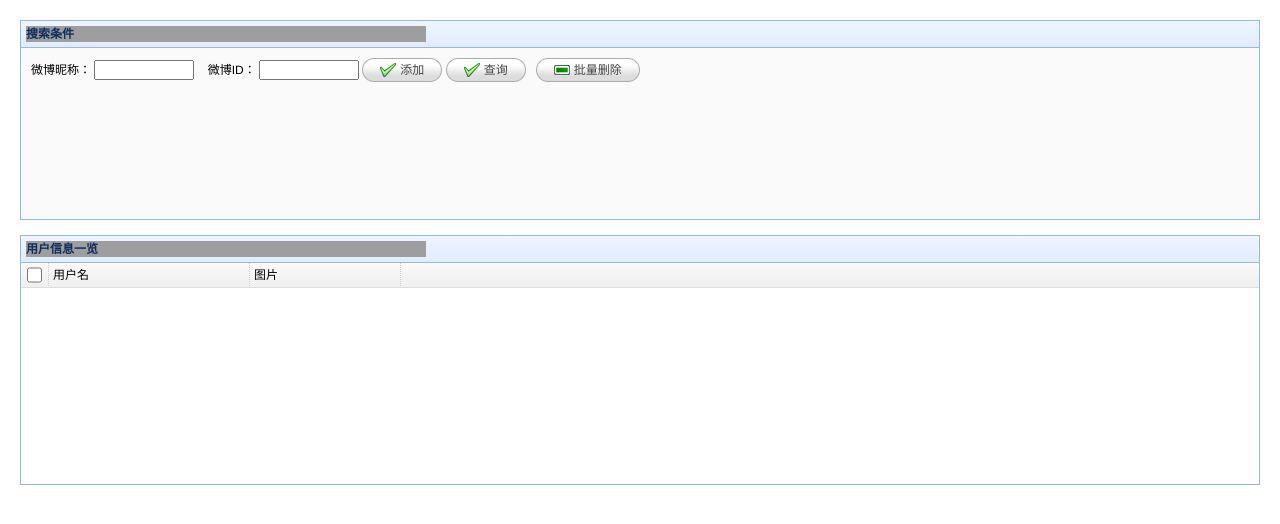
Repository: xusam/mm
Page: webservice2012.5.16/webservice/Momogril/WebRoot/mainview/searchgril.html
The author's editor kept a copy of each file at every save. The page is drawn from the files as they stood at one save, then again after the next save.
The browser window is 1280 px wide. The pictures show the whole page.
Pictures or frames that could not be fetched are drawn as grey boxes.

Above is the page before, as saved 2013-05-15 15:09:16.
Console error: ReferenceError: $ is not defined

### webservice2012.5.16/webservice/Momogril/WebRoot/mainview/searchgril.html
<!DOCTYPE HTML PUBLIC "-//W3C//DTD HTML 4.01 Transitional//EN">
<html>
	<head>
		<meta http-equiv="Content-Type" content="text/html; charset=UTF-8">
		<title>陌陌女神</title>
		<link rel="stylesheet" type="text/css"
			href="../easyUI/themes/default/easyui.css">
		<link rel="stylesheet" type="text/css"
			href="../easyUI/themes/icon.css">
		<link rel="stylesheet" type="text/css" href="../easyUI/demo/demo.css">
			<script type="text/javascript" src="../easyUI/js/searchgril.js"></script>
		<script type="text/javascript" src="../easyUI/jquery-1.8.0.min.js"></script>

		<script type="text/javascript" src="../easyUI/jquery.easyui.min.js"></script>
	</head>

	<body>

		<div id="p" class="easyui-panel" title="搜索条件"
			style="height: 200px; padding: 10px; background: #fafafa;">


				微博昵称：
				<input type="text" class="easyui-validatebox" id="screen_name"
					style="width: 100px;" maxlength="20"></input>
				&nbsp;&nbsp; 微博ID：
				<input type="text" class="easyui-validatebox" id="wuid"
					style="width: 100px;" maxlength="20"></input>


			<a href="javascript:void(0)" class="easyui-linkbutton" icon="icon-ok" onclick="doSave();">添加</a>

			<a href="javascript:void(0)" class="easyui-linkbutton" icon="icon-ok" onclick="doSearch();">查询</a>

				&nbsp;&nbsp;<a href="javascript:void(0)" class="easyui-linkbutton" icon="icon-remove" onclick="doAllDelegate();">批量删除</a>
				&nbsp;&nbsp;<label id="loadmessags"></label>

		</div>
<br>
<table class="easyui-datagrid" style="height:250px"  id="tt" title="用户信息一览"   >
    <thead>
        <tr align="center">
			<th field="ck" width="20" checkbox="true" width="20"></th>
			<th field="mid"  width="200">用户名</th>
			<th field="original_pic" formatter='optFormater' width="150" >图片</th>

		</tr>
    </thead>
</table>




	</body>
</html>

### webservice2012.5.16/webservice/Momogril/WebRoot/easyUI/themes/icon.css
.icon-blank{
	background:url('icons/blank.gif') no-repeat center center;
}
.icon-add{
	background:url('icons/edit_add.png') no-repeat center center;
}
.icon-edit{
	background:url('icons/pencil.png') no-repeat center center;
}
.icon-remove{
	background:url('icons/edit_remove.png') no-repeat center center;
}
.icon-save{
	background:url('icons/filesave.png') no-repeat center center;
}
.icon-cut{
	background:url('icons/cut.png') no-repeat center center;
}
.icon-ok{
	background:url('icons/ok.png') no-repeat center center;
}
.icon-no{
	background:url('icons/no.png') no-repeat center center;
}
.icon-cancel{
	background:url('icons/cancel.png') no-repeat center center;
}
.icon-reload{
	background:url('icons/reload.png') no-repeat center center;
}
.icon-search{
	background:url('icons/search.png') no-repeat center center;
}
.icon-print{
	background:url('icons/print.png') no-repeat center center;
}
.icon-help{
	background:url('icons/help.png') no-repeat center center;
}
.icon-undo{
	background:url('icons/undo.png') no-repeat center center;
}
.icon-redo{
	background:url('icons/redo.png') no-repeat center center;
}
.icon-back{
	background:url('icons/back.png') no-repeat center center;
}
.icon-sum{
	background:url('icons/sum.png') no-repeat center center;
}
.icon-tip{
	background:url('icons/tip.png') no-repeat center center;
}

.icon-mini-add{
	background:url('icons/mini_add.png') no-repeat center center;
}
.icon-mini-edit{
	background:url('icons/mini_edit.png') no-repeat center center;
}
.icon-mini-refresh{
	background:url('icons/mini_refresh.png') no-repeat center center;
}

Loaded but not shown: webservice2012.5.16/webservice/Momogril/WebRoot/easyUI/demo/demo.css (common file); webservice2012.5.16/webservice/Momogril/WebRoot/easyUI/jquery-1.8.0.min.js (library); webservice2012.5.16/webservice/Momogril/WebRoot/easyUI/jquery.easyui.min.js (library); webservice2012.5.16/webservice/Momogril/WebRoot/easyUI/js/searchgril.js (167 lines, source omitted); webservice2012.5.16/webservice/Momogril/WebRoot/easyUI/themes/default/easyui.css (2177 lines, source omitted)

After the next save:
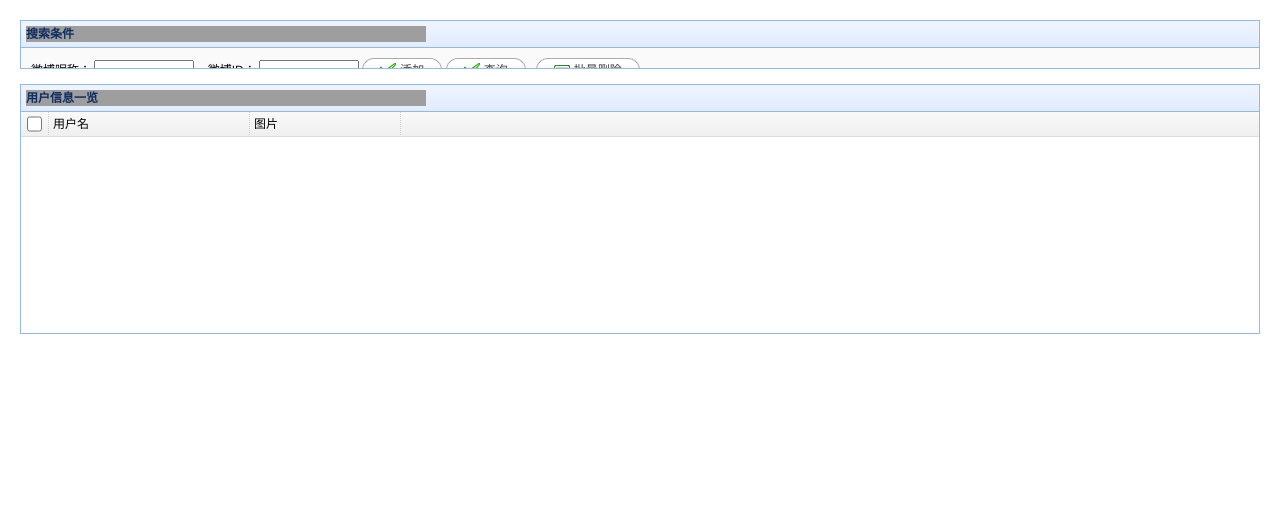
Saved 32 s later.
--- a/webservice2012.5.16/webservice/Momogril/WebRoot/mainview/searchgril.html
+++ b/webservice2012.5.16/webservice/Momogril/WebRoot/mainview/searchgril.html
@@ -17,7 +17,7 @@
 	<body>
 
 		<div id="p" class="easyui-panel" title="搜索条件"
-			style="height: 200px; padding: 10px; background: #fafafa;">
+			style="height: 45px; padding: 10px; background: #fafafa;">
 
 
 				微博昵称：
